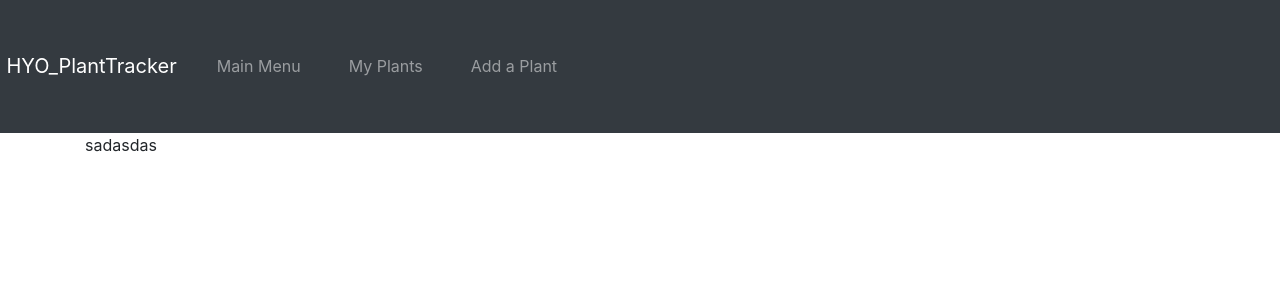
Repository: emersonwilliams/HYO_PlantTracker
Page: capstone_app/plant_tracker/templates/myplants.html
The author's editor kept a copy of each file at every save. The page is drawn from the files as they stood at one save, then again after the next save.
The browser window is 1280 px wide. The pictures show the whole page.

Above is the page before, as saved 2020-08-02 00:01:19.

After the next save:
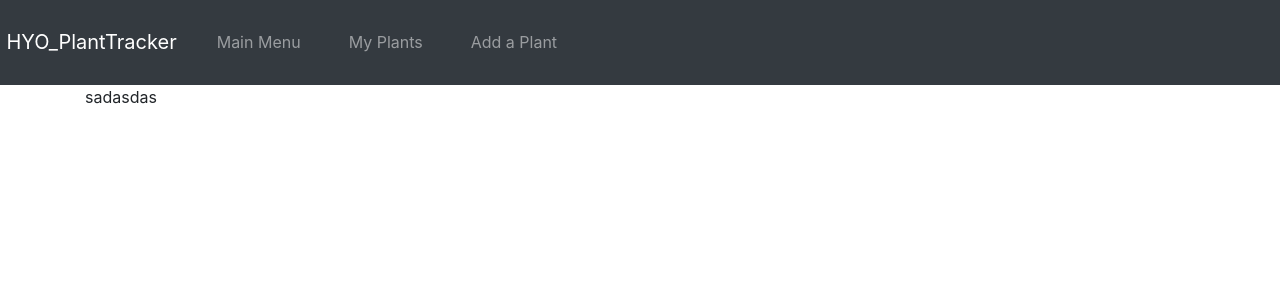
Saved 9 s later.
--- a/capstone_app/plant_tracker/static/css/myplants.css
+++ b/capstone_app/plant_tracker/static/css/myplants.css
@@ -2,6 +2,6 @@
     padding: 0.4em 0.4em 0.4em 0.4em;
 }
 .op1{
-    padding: 2em 2em 2em 2em;
+    /* padding: 2em 2em 2em 2em; */
     margin: 1em ;
 }
